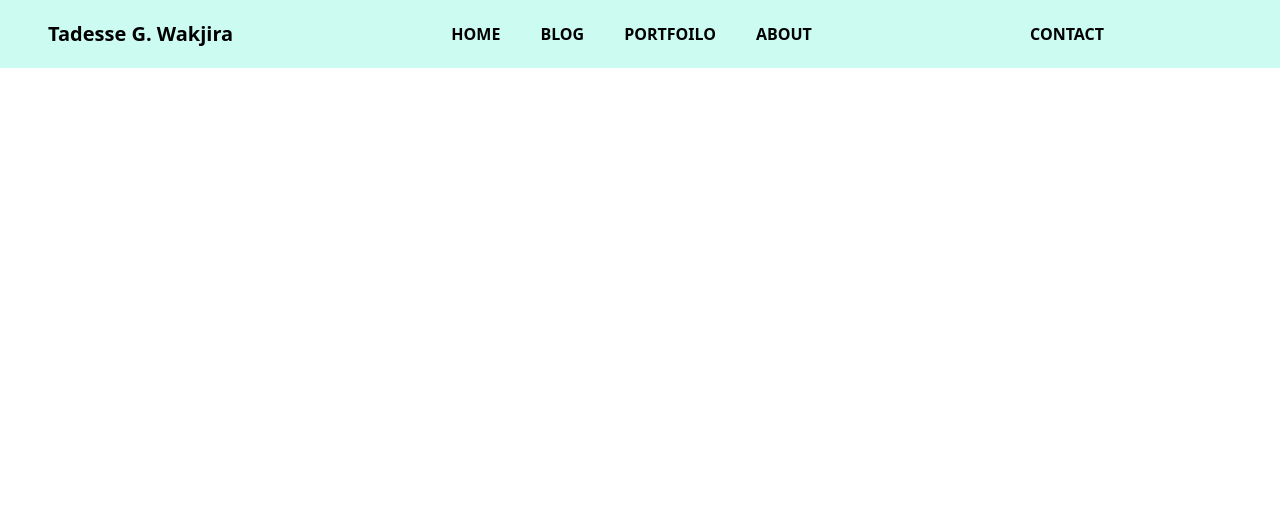
Repository: Elias-Kibret/Tade-portfoilo
Page: /
An editor plug-in stored every save of this project. The page is shown before and after the next save, followed by the edit.
The browser window is 1280 px wide. The pictures show the whole page.
The project was rebuilt for these pictures with package versions that can differ from the ones it lists, and the page was loaded fresh each time. The framework's server and built-in components were replaced by stand-ins that run in the browser. Also part of the build but not shown: next.config.js.

Above is the page before, as saved 2022-06-27 06:54:57.

After the next save:
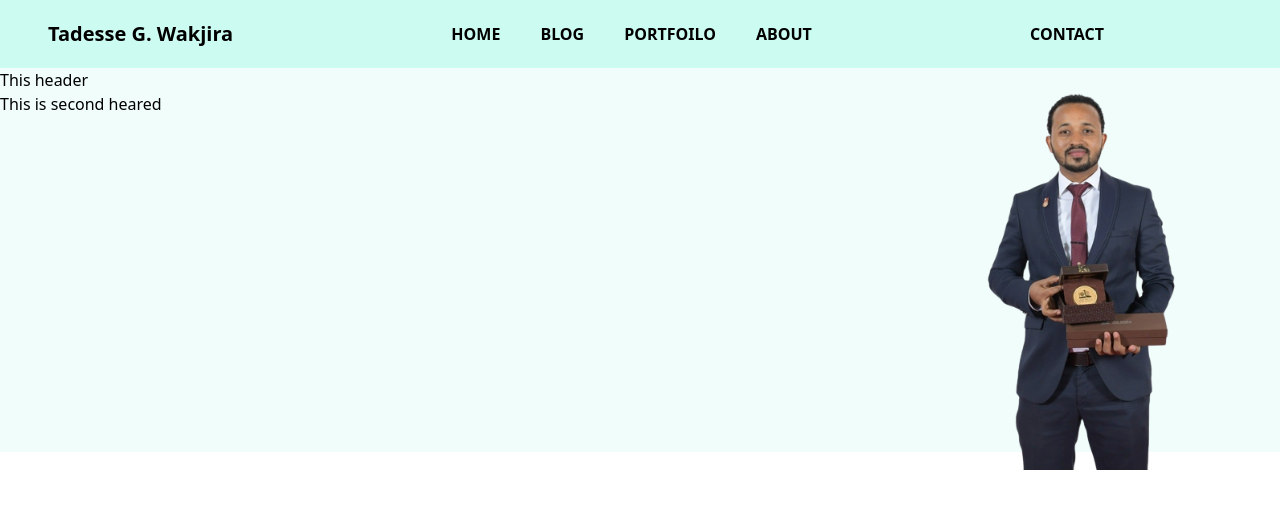
Saved 60 s later.
--- a/pages/index.tsx
+++ b/pages/index.tsx
@@ -11,7 +11,7 @@ const Home: NextPage = () => {
         <link rel="icon" href="/favicon.ico" />
       </Head>
       <Header/>
-      {/* <Hero/> */}
+      <Hero/>
     </div>
   )
 }
